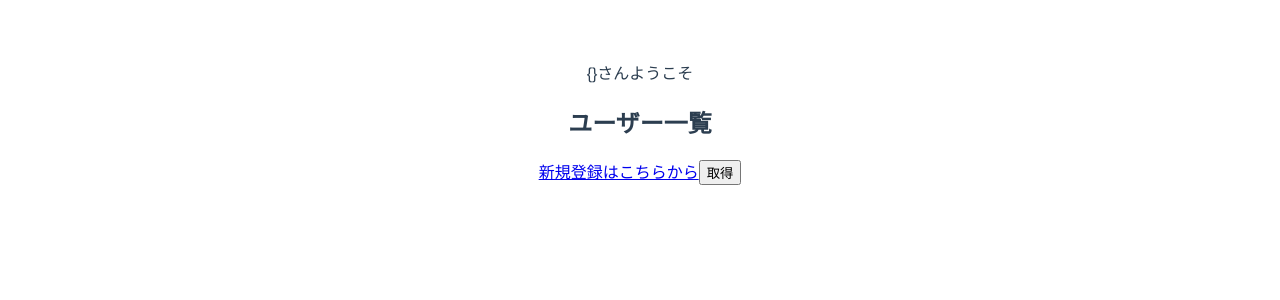
Repository: daisukey623/authentication
Page: /
The author's editor kept a copy of each file at every save. The page is drawn from the files as they stood at one save, then again after a run of saves.
The browser window is 1280 px wide. The pictures show the whole page.
The project was rebuilt for these pictures with package versions that can differ from the ones it lists, and the page was loaded fresh each time. Also part of the build but not shown: src/views/Login.vue, src/views/Register.vue.

Above is the page before, as saved 2021-05-23 14:28:01.

After the next 2 saves:
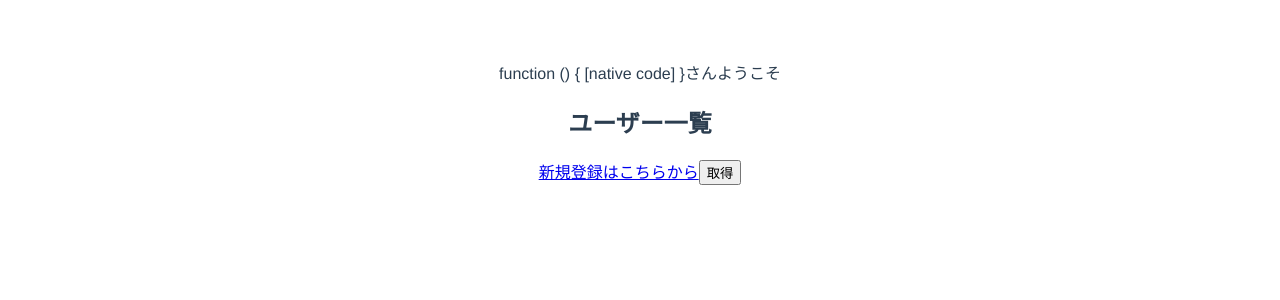
The 2 saves are shown as one change because they came seconds apart.
The last was saved 8 s later.
--- a/src/views/Dashboard.vue
+++ b/src/views/Dashboard.vue
@@ -14,7 +14,7 @@ import { db } from '../main'; // ここを追加
 export default {
   data() {
     return {
-      getUser: {},
+      user: {},
       coin: {},
       test: 1000,
     };

After the save that followed:
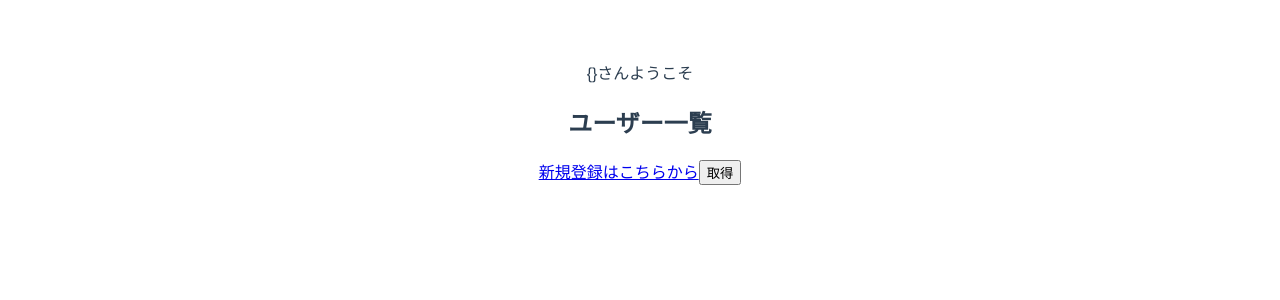
Saved 7 s later.
--- a/src/views/Dashboard.vue
+++ b/src/views/Dashboard.vue
@@ -1,6 +1,6 @@
 <template>
   <div>
-    <div>{{ getUser }}さんようこそ</div>
+    <div>{{ user }}さんようこそ</div>
     <h2>ユーザー一覧</h2>
     <router-link to="/register">新規登録はこちらから</router-link>
     <button @click="getUser()">取得</button>
